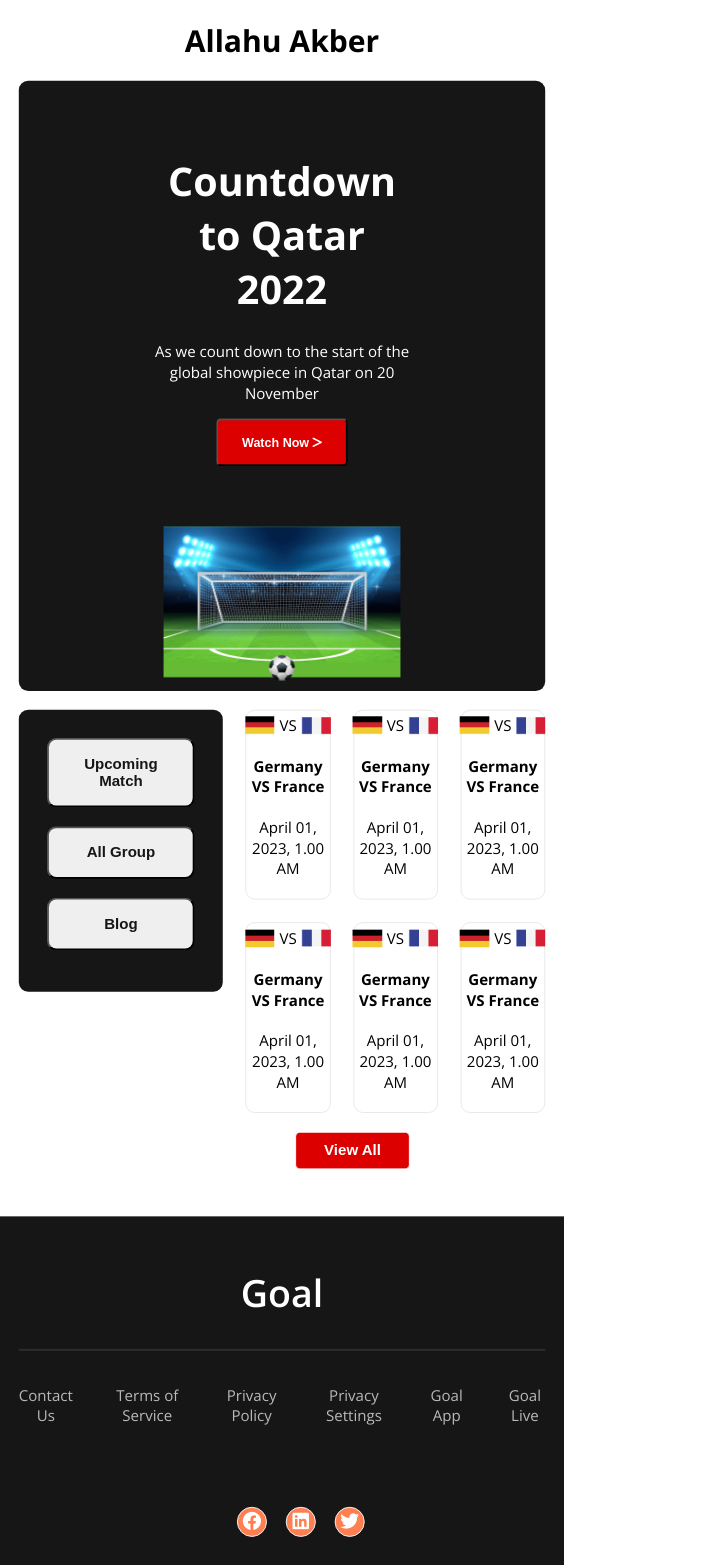
Repository: zjria/Qatar-world-cup
Page: match.html
These files come from the project's save history. The page is drawn as it stood at one moment and after the next save; the edit follows.
The browser window is 600 px wide. The page is 750 px wide, so the pictures cover 750 px, including what lies to the right of the window. The pictures show the whole page, at 94% of full size.

Above is the page before, as saved 2022-09-10 11:03:42.

After the next save:
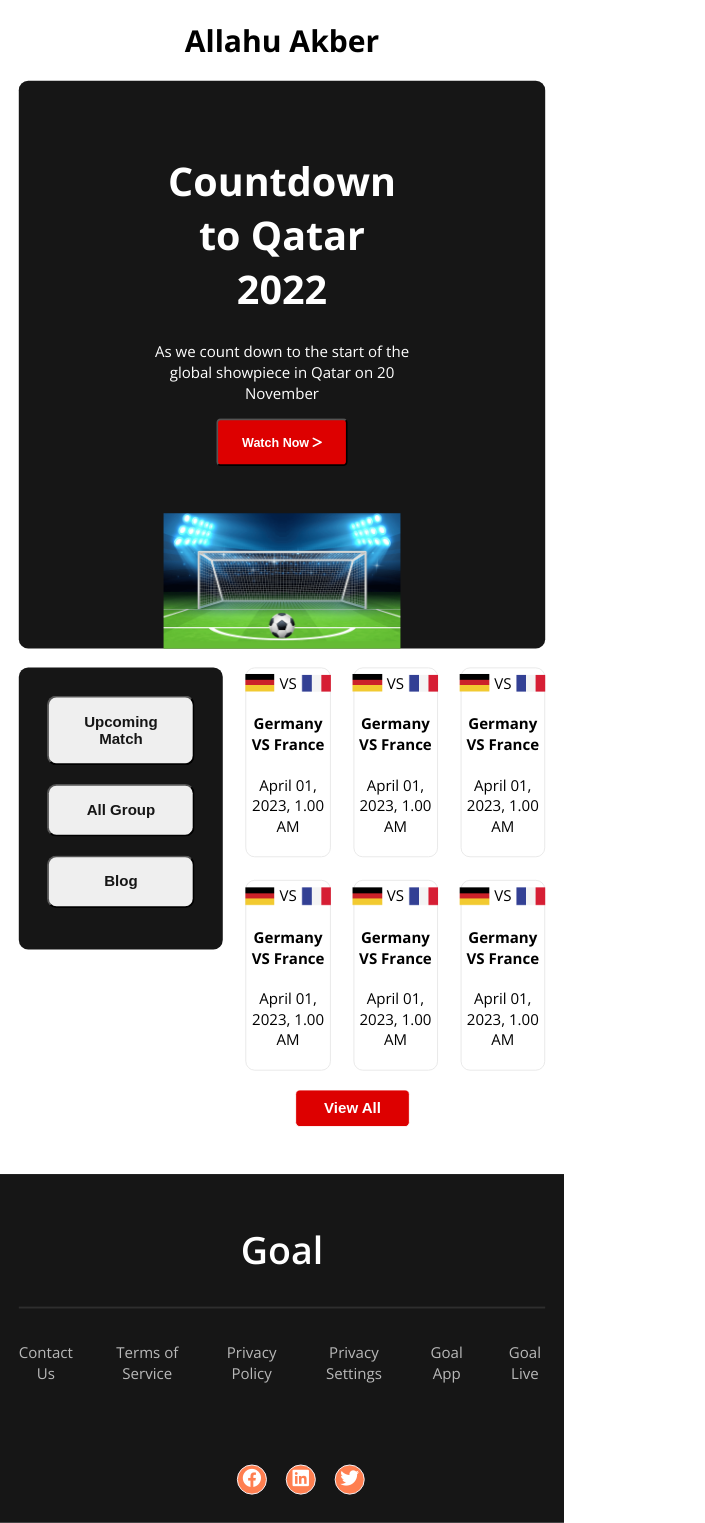
Saved 7 min 33 s later.
--- a/style.css
+++ b/style.css
@@ -300,4 +300,12 @@
         text-align: center;
         align-items: center;
     }
-}
+
+    .header-img .ball {
+        justify-content: center;
+        align-items: center;
+        margin: 0 auto;
+        display: flex;
+        margin-top: 38%;
+    }
+}
